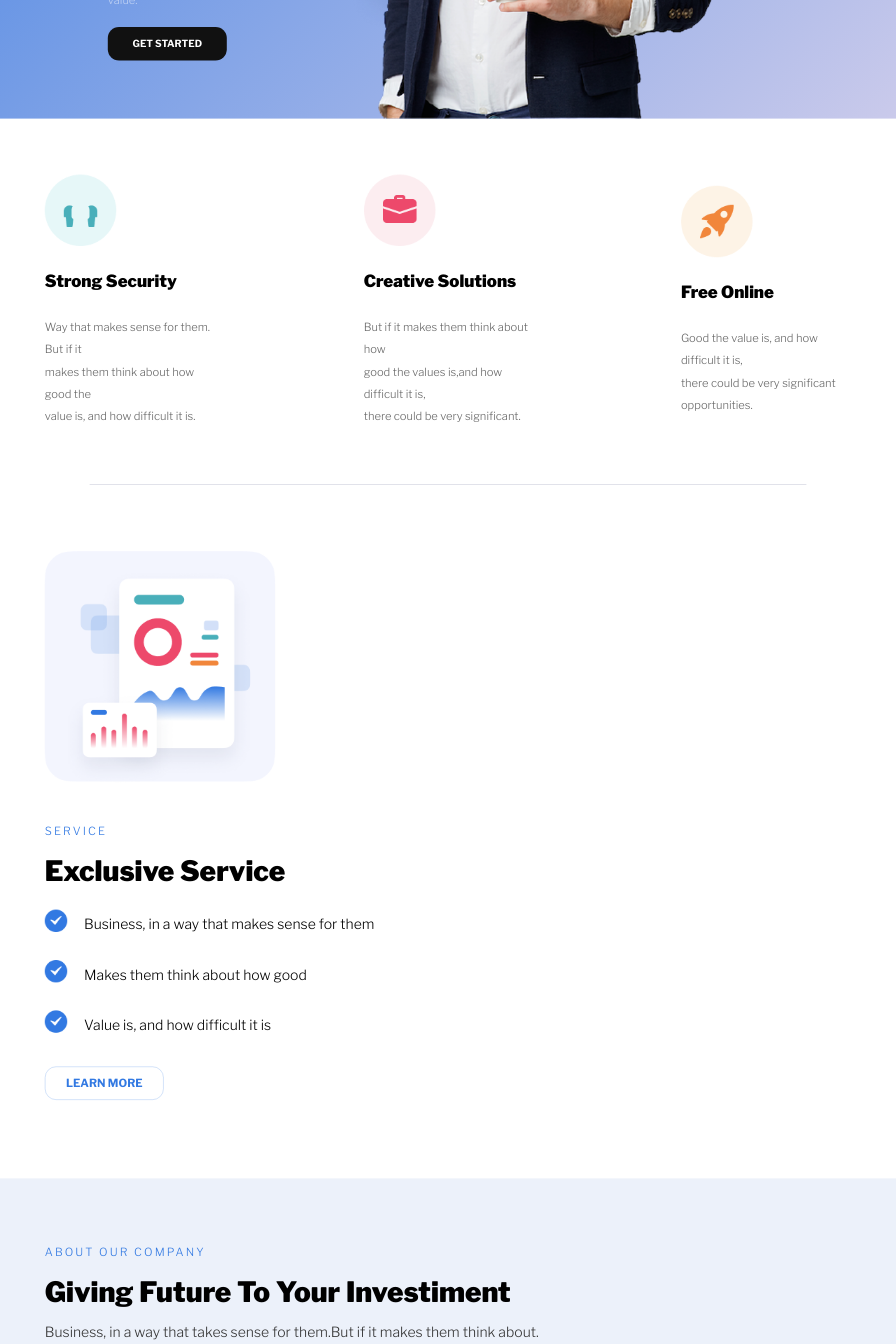
Repository: juniorAntunes910/Make-Money-Design-Avaliacao
Page: index.html
These files come from the project's save history. The page is drawn as it stood at one moment and after the next save; the edit follows.
The browser window is 1280 px wide. The pictures show the part of the page from y = 858 to 2778 px (the page is 8579 px tall before and 8643 px after), at 70% of full size.

Above is the page before, as saved 2026-03-13 11:44:14.

After the next save:
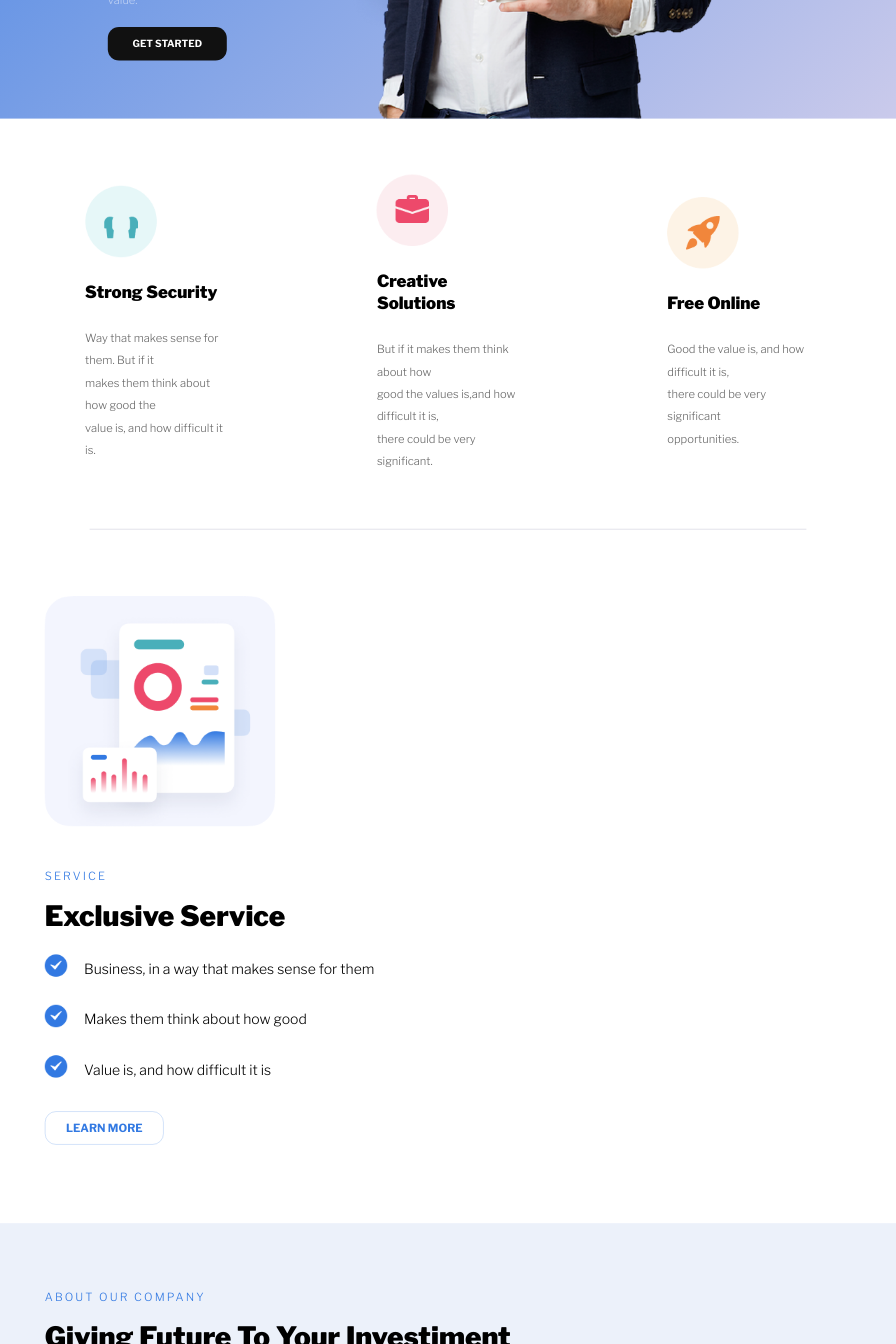
Saved 70 s later.
--- a/index.html
+++ b/index.html
@@ -78,7 +78,7 @@
 
     <section id="main-content" class="container">
 
-        <div id="main-content-cards"><!--Estou usando como um container/box de cards-->
+        <div id="main-content-cards" class="container"><!--Estou usando como um container/box de cards-->
 
             <div class="main-content-card-box"><!--Primeiro "Card" Strong Security-->
 
